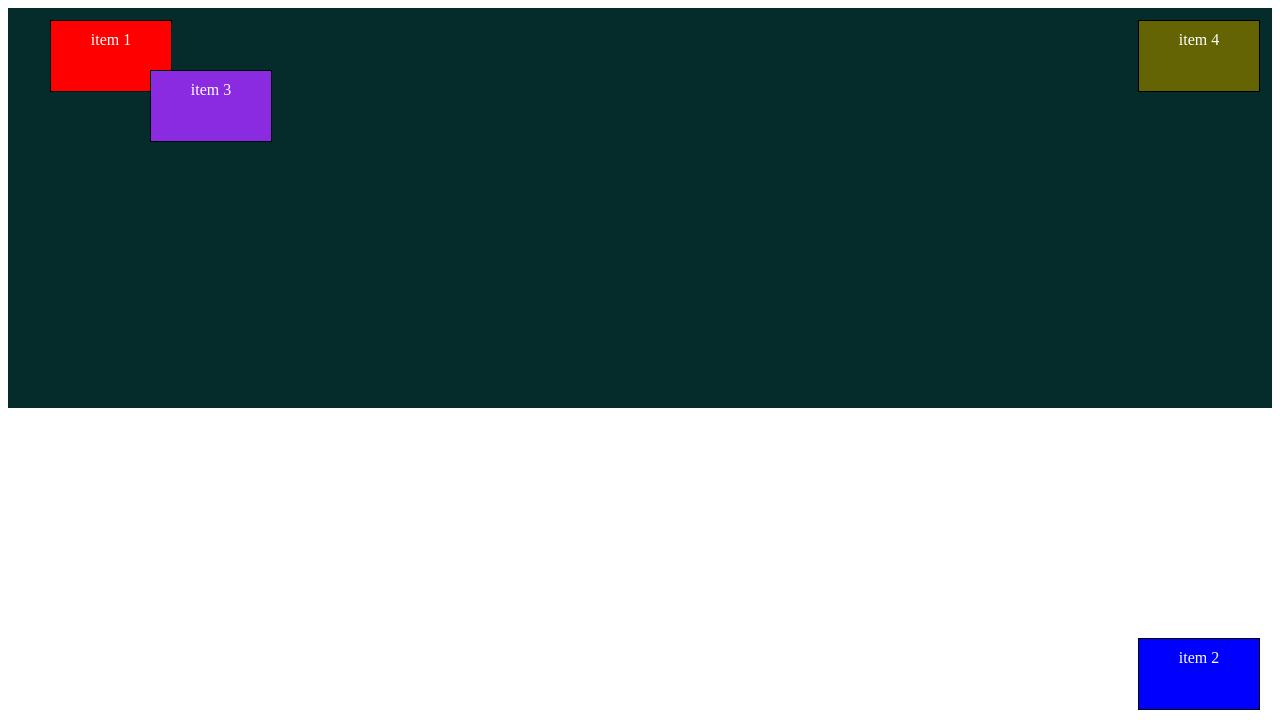
Repository: nmaury/TpsCambodge
Page: InternetProgramming/Css/sample.html
An editor plug-in stored every save of this project. The page is shown before and after the next save, followed by the edit.
The browser window is 1280 px wide. The pictures show the whole page.

Above is the page before, as saved 2022-12-06 02:44:47.

After the next save:
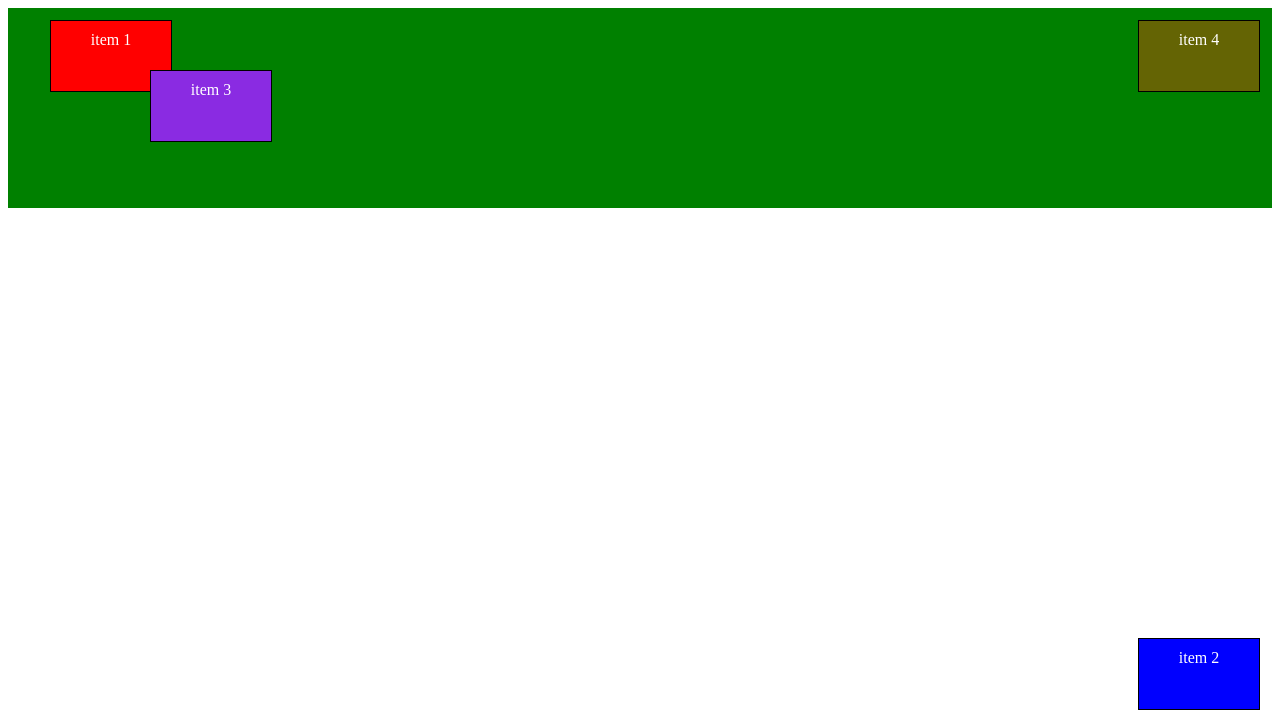
Saved 90 s later.
--- a/InternetProgramming/Css/sample.css
+++ b/InternetProgramming/Css/sample.css
@@ -33,3 +33,8 @@
     width: 100%;
     height: 400px;
 }
+.parent{
+    background-color: green;
+    width: 100%;
+    height: 200px;
+}
